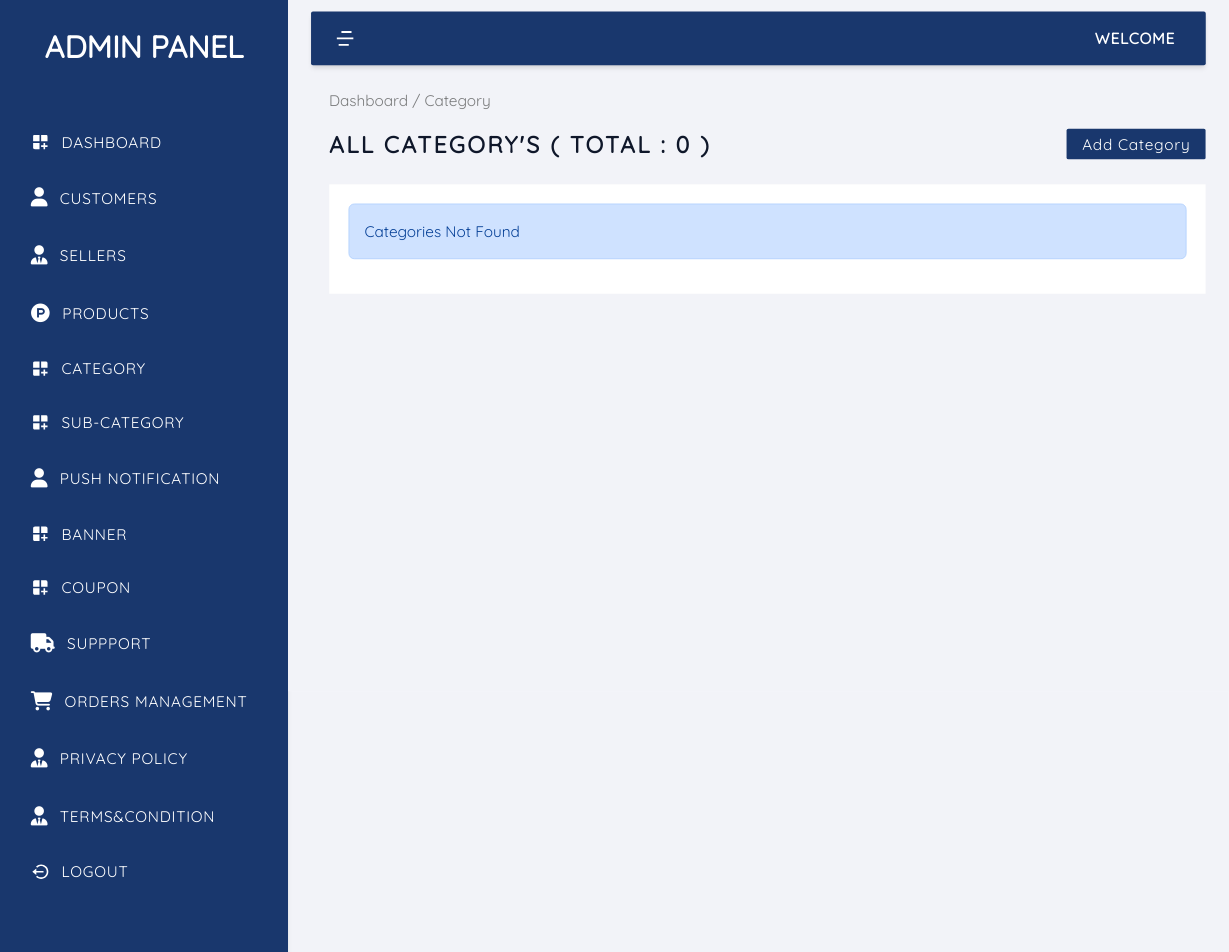
Repository: shishpal2000/admin.aschpro
Page: /Category
These files come from the project's save history. The page is drawn as it stood at one moment and after a run of saves; the edit follows.
The browser window is 1280 px wide. The pictures show the whole page, at 96% of full size.
Pictures or frames that could not be fetched are drawn as grey boxes. Some web libraries are served in a nearby version. The project was rebuilt for these pictures with package versions that can differ from the ones it lists, and the page was loaded fresh each time. Also part of the build but not shown: src/E-CommerceAdmin/forms/Login.jsx, src/E-CommerceAdmin/pages/Dashboard.jsx, src/E-CommerceAdmin/pages/EProduct.js, src/E-CommerceAdmin/pages/EVendorList.js, src/E-CommerceAdmin/pages/EAdminOrders.js, src/E-CommerceAdmin/pages/EAdminDelivery.js, src/E-CommerceAdmin/pages/EAdminCustomer.js, src/E-CommerceAdmin/pages/ESubCategory.js and 6 more. Imported but missing from the stored project, and not drawn on this page: src/E-CommerceAdmin/pages/Complaints, src/E-CommerceAdmin/pages/Component/SpinnerComp, src/E-CommerceAdmin/pages/EAdmin, src/E-CommerceAdmin/pages/EAdminProduct, src/E-CommerceAdmin/pages/ESingleProduct, src/E-CommerceAdmin/pages/GetMeThis, src/E-CommerceAdmin/pages/HelpSupport.

Above is the page before, as saved 2023-06-28 16:27:36.

### public/index.html
<!-- @format -->

<!DOCTYPE html>
<html lang="en">
  <head>
    <meta charset="utf-8" />
    <meta name="viewport" content="width=device-width, initial-scale=1" />
    <meta name="theme-color" content="#000000" />
    <meta
      name="description"
      content="Web site created using create-react-app"
    />
    <link rel="icon" href="%PUBLIC_URL%/favicon.png" />
    <link rel="manifest" href="%PUBLIC_URL%/manifest.json" />
    <link rel="preconnect" href="https://fonts.googleapis.com" />
    <link rel="preconnect" href="https://fonts.gstatic.com" crossorigin />
    <link
      href="https://fonts.googleapis.com/css2?family=Roboto+Mono:ital,wght@1,300&display=swap"
      rel="stylesheet"
    />
    <link rel="preconnect" href="https://fonts.googleapis.com">
<link rel="preconnect" href="https://fonts.gstatic.com" crossorigin>
<link href="https://fonts.googleapis.com/css2?family=Quicksand&display=swap" rel="stylesheet">
    <title>Subharambh</title>
  </head>
  <body>
    <noscript>You need to enable JavaScript to run this app.</noscript>
    <div id="root"></div>
    <script src="https://code.jquery.com/jquery-3.6.0.min.js"></script>
    <script
      src="https://kit.fontawesome.com/b533b351e4.js"
      crossorigin="anonymous"
    ></script>
    <script
      type="module"
      src="https://unpkg.com/ionicons@7.1.0/dist/ionicons/ionicons.esm.js"
    ></script>
    <script
      nomodule
      src="https://unpkg.com/ionicons@7.1.0/dist/ionicons/ionicons.js"
    ></script>
  </body>
</html>

### src/E-CommerceAdmin/pages/ECategory.js
/** @format */

import React, { useEffect, useState } from "react";
import HOC from "../layout/HOC";
import {
  Table,
  Modal,
  Form,
  Button,
  FloatingLabel,
  Alert,
} from "react-bootstrap";

const ECategory = () => {
  const [modalShow, setModalShow] = React.useState(false);
  const [edit, setEdit] = useState("");

  const data = []

  // Pagination and Filter
  const [query, setQuery] = useState("");
  const [currentPage2, setCurrentPage2] = useState(1);
  const [postPerPage2] = useState(10);
  const lastPostIndex2 = currentPage2 * postPerPage2;
  const firstPostIndex2 = lastPostIndex2 - postPerPage2;

  let pages2 = [];

  const TotolData = query
    ? data?.filter(
        (i) =>
          i?.name?.toLowerCase().includes(query?.toLowerCase()) ||
          i?.email?.toLowerCase().includes(query?.toLowerCase())
      )
    : data;

  useEffect(() => {
    if (query) {
      setCurrentPage2(1);
    }
  }, [query]);

  const slicedData = TotolData?.slice(firstPostIndex2, lastPostIndex2);

  for (let i = 1; i <= Math.ceil(TotolData?.length / postPerPage2); i++) {
    pages2.push(i);
  }

  function Next() {
    setCurrentPage2(currentPage2 + 1);
  }

  function Prev() {
    if (currentPage2 !== 1) {
      setCurrentPage2(currentPage2 - 1);
    }
  }



  function MyVerticallyCenteredModal(props) {


    return (
      <Modal
        {...props}
        size="lg"
        aria-labelledby="contained-modal-title-vcenter"
        centered
      >
        <Modal.Header closeButton>
          <Modal.Title id="contained-modal-title-vcenter">
            {" "}
            {edit ? "Edit Category" : " Add Category"}
          </Modal.Title>
        </Modal.Header>
        <Modal.Body>

            <Form >
              <Form.Group className="mb-3">
                <Form.Label>Image</Form.Label>
                <Form.Control
                  type="file"
                  required

                />
              </Form.Group>
              <Form.Group className="mb-3">
                <Form.Label>Name</Form.Label>
                <Form.Control
                  type="text"
                  required

                />
              </Form.Group>

              <FloatingLabel
                controlId="floatingTextarea2"
                label="Description"
                className="mb-3"
              >
                <Form.Control
                  as="textarea"

                />
              </FloatingLabel>

              <Button
                style={{ backgroundColor: "#19376d", borderRadius: "0" }}
                type="submit"
              >
                Submit
              </Button>
            </Form>

        </Modal.Body>
      </Modal>
    );
  }

  return (
    <>
      <MyVerticallyCenteredModal
        show={modalShow}
        onHide={() => setModalShow(false)}
      />

      <section>
        <p className="headP">Dashboard / Category</p>
        <div
          className="pb-4   w-full flex justify-between items-center"
          style={{ width: "98%", marginLeft: "2%" }}
        >
          <span
            className="tracking-widest text-slate-900 font-semibold uppercase"
            style={{ fontSize: "1.5rem" }}
          >
            All Category's ( Total : {data?.length} )
          </span>
          <button
            onClick={() => {
              setEdit(false);
              setModalShow(true);
            }}
            className="md:py-2 px-3 md:px-4 py-1 rounded-sm bg-[#19376d] text-white tracking-wider"
          >
            Add Category
          </button>
        </div>

        <section className="sectionCont">
          {data?.length === 0 || !data ? (
            <Alert>Categories Not Found</Alert>
          ) : (
            <>
              <div className="filterBox">
                <img
                  src="https://t4.ftcdn.net/jpg/01/41/97/61/360_F_141976137_kQrdYIvfn3e0RT1EWbZOmQciOKLMgCwG.jpg"
                  alt=""
                />
                <input
                  type="search"
                  placeholder="Start typing to search"
                  onChange={(e) => setQuery(e.target.value)}
                />
              </div>

              <div className="overFlowCont">
                <Table>
                  <thead>
                    <tr>
                      <th>SNo.</th>
                      <th>Name</th>
                      <th>Description</th>
                      <th>Added By</th>
                      <th>Actions</th>
                    </tr>
                  </thead>
                  <tbody>
                    {slicedData?.map((i, index) => (
                      <tr key={index}>
                        <td>#{index + 1} </td>
                        <td>
                          <span className="flexCont">
                            <img src={i.image} alt="" />
                            <p> {i.name} </p>
                          </span>
                        </td>
                        <td>{i.description} </td>
                        <td>{i.userId?.name} </td>
                        <td>
                          {" "}
                          <span className="flexCont">
                            <i
                              className="fa-solid fa-pen-to-square "
                              onClick={() => {
                                setEdit(true);

                                setModalShow(true);
                              }}
                            ></i>
                            <i
                              className="fa-sharp fa-solid fa-trash"
                            ></i>
                          </span>
                        </td>
                      </tr>
                    ))}
                  </tbody>
                </Table>
                {/* Pagination */}
                <div className="pagination">
                  <button onClick={() => Prev()} className="prevBtn">
                    <i className="fa-solid fa-backward"></i>
                  </button>
                  {currentPage2 === 1 ? (
                    ""
                  ) : (
                    <button onClick={() => setCurrentPage2(1)}>1</button>
                  )}

                  {pages2
                    ?.slice(currentPage2 - 1, currentPage2 + 3)
                    .map((i, index) =>
                      i === pages2?.length ? (
                        ""
                      ) : (
                        <button
                          key={index}
                          onClick={() => setCurrentPage2(i)}
                          className={currentPage2 === i ? "activePage" : ""}
                        >
                          {" "}
                          {i}{" "}
                        </button>
                      )
                    )}

                  <button
                    onClick={() => setCurrentPage2(pages2?.length)}
                    className={
                      currentPage2 === pages2?.length ? "activePage" : ""
                    }
                  >
                    {" "}
                    {pages2?.length}{" "}
                  </button>

                  {currentPage2 === pages2?.length ? (
                    ""
                  ) : (
                    <button onClick={() => Next()} className="nextBtn">
                      {" "}
                      <i className="fa-sharp fa-solid fa-forward"></i>
                    </button>
                  )}
                </div>
              </div>
            </>
          )}
        </section>
      </section>
    </>
  );
};

  export default HOC(ECategory);

### src/E-CommerceAdmin/layout/HOC.jsx
/** @format */

import React, { useState } from "react";
import Navbar from "./Navbar";
import Sidebar from "./Sidebar";

const HOC = (Wcomponenet) => {
  return function Component() {
    const [hamb, setHamb] = useState(false);
    return (
      <>
        <section
          className="flex overflow-x-hidden relative "
          style={{ backgroundColor: "#f2f3f8" }}
        >
          {/* Sidebar */}
          <div
            className={
              hamb
                ? " absolute top-0 z-30 md:w-auto shadow-md bg-slate-200  w-60 transition-all md:-left-full left duration-150  h-auto overflow-y-auto  left-0 "
                : " md:w-72 z-30 bg-slate-200  shadow-md  md:static absolute top-0 -left-full   transition-all duration-150  overflow-y-auto h-auto"
            }
            style={{ minWidth: "300px" }}
          >
            <Sidebar hamb={hamb} setHamb={setHamb} />
          </div>
          {/* Components & Navbar */}
          <div
            className={
              hamb
                ? " transition-all px-4 py-2  duration-150 w-full h-screen"
                : " w-full h-screen  px-4 py-2   z-50 transition-all duration-150 "
            }
            style={{ backgroundColor: "#f2f3f8" }}
          >
            <Navbar hamb={hamb} setHamb={setHamb} />
            <div className="my-6 text-#000 h-[87%] wcomp overflow-y-auto">
              {" "}
              <Wcomponenet />
            </div>
          </div>
        </section>
      </>
    );
  };
};

export default HOC;

### src/E-CommerceAdmin/layout/Navbar.jsx
/** @format */

import { RiMenu4Line } from "react-icons/ri";

const Navbar = ({ hamb, setHamb }) => {
  const AdminName = localStorage.getItem("AdminName")
  return (
    <>
      <div
        className={
          hamb
            ? "flex  w-full justify-between  my-1 rounded-sm  p-4 py-3 shadow-md items-center  bg-slate-200 space-x-4"
            : "flex  w-full justify-between my-1 rounded-sm  p-4 py-3 shadow-md items-center  bg-slate-200 space-x-4"
        }
        style={{ backgroundColor: "#19376d" }}
      >
        <RiMenu4Line
          onClick={() => setHamb(!hamb)}
          className="text-2xl font-bold text-gray-900 hover:scale-90 cursor-pointer"
          style={{ color: "#fff" }}
        />

        <section className="flex sm:ml-auto justify-end sm:w-full items-center space-x-2  pr-2">
          <figcaption className="tracking-wider pl-1 font-semibold">
            <div
              className="lg:text-base text-sm text-gray-900  uppercase"
              style={{ color: "#fff" }}
            >
              Welcome {AdminName}
            </div>
          </figcaption>
        </section>
      </div>
    </>
  );
};

export default Navbar;

### src/E-CommerceAdmin/layout/Sidebar.jsx
/** @format */

import React from "react";
import { RiCloseLine } from "react-icons/ri";
import { Link, useNavigate } from "react-router-dom";
import { BiLogOutCircle } from "react-icons/bi";
import { MdDashboardCustomize } from "react-icons/md";

const Sidebar = ({ hamb, setHamb }) => {
  const navigate = useNavigate();

  const nav = [
    {
      icon: <MdDashboardCustomize className="text-xl mr-3 rounded-full " />,
      link: "/dashboard ",
      name: "Dashboard",
    },

    {
      icon: (
        <i className="fa-solid fa-user text-xl mr-3 rounded-full"></i>
      ),
      link: "/Customer",
      name: "Customers",
    },
    {
      icon: <i className="fa-solid fa-user-tie text-xl mr-3 rounded-full"></i>,
      link: "/VendorList",
      name: "Sellers",
    },
    {
      icon: (
    <i className="fa-brands fa-product-hunt text-xl mr-3 rounded-full"></i>
      ),
      link: "/Product",
      name: "Products",
    },
    {
      icon: <MdDashboardCustomize className="text-xl mr-3 rounded-full " />,
      link: "/Category",
      name: "Category",
    },

    {
      icon: <MdDashboardCustomize className="text-xl mr-3 rounded-full " />,
      link: "/SubCategory",
      name: "Sub-Category",
    },
    {
      icon: <i className="fa-solid fa-user text-xl mr-3 rounded-full"></i>,
      link: "/pushNotification",
      name: "Push Notification",
    },

    {
      icon: <MdDashboardCustomize className="text-xl mr-3 rounded-full " />,
      link: "/banner",
      name: "Banner",
    },
    {
      icon: <MdDashboardCustomize className="text-xl mr-3 rounded-full " />,
      link: "/coupon",
      name: "Coupon",
    },

    {
      icon: <i className="fa-solid fa-truck  text-xl mr-3 rounded-full"></i>,
      link: "/Support",
      name: "Suppport",
    },
    {
      icon: (
        <i className="fa-solid fa-cart-shopping text-xl mr-3 rounded-full"></i>
      ),
      link: "/Orders",
      name: "Orders Management",
    },

    {
      icon: <i className="fa-solid fa-user-tie text-xl mr-3 rounded-full"></i>,
      link: "/privacy",
      name: "Privacy Policy",
    },
    {
      icon: <i className="fa-solid fa-user-tie text-xl mr-3 rounded-full"></i>,
      link: "/terms",
      name: "Terms&Condition",
    }
  ];

  const logOut = () => {
    localStorage.clear()
    navigate("/");
  };

  return (
    <>
      <aside
        className="p-4 h-auto"
        style={{ backgroundColor: "#19376d", minHeight: "100vh" }}
      >
        {/* Top */}
        <div className="w-full md:hidden relative  p-2 mb-4">
          <RiCloseLine
            onClick={() => setHamb(!hamb)}
            className="text-3xl  absolute top-2 sm:hover:rotate-[228deg] transition-transform font-bold right-2 sm:hover:text-[22px] text-[rgb(241,146,46)] cursor-pointer"
          />
        </div>{" "}
        <figure className="flex  flex-col items-center">
          <span
            className="font-bold text-[#fff]"
            style={{
              fontSize: "2rem",
              textAlign: "center",
              textTransform: "uppercase",
            }}
          >
            {" "}
            ADMIN PANEL
          </span>
        </figure>
        <nav className="py-6">
          {nav.map((nav) => {
            return (
              <Link
                to={nav.link}
                key={nav.name}
                className=""
                style={{ textDecoration: "none", textTransform: "uppercase" }}
              >
                <span
                  className="flex my-3 items-center cursor-pointer text-gray-900    tracking-wider p-2 rounded-sm"
                  style={{ color: "#FFF" }}
                >
                  {nav.icon} {nav.name}
                </span>
              </Link>
            );
          })}
          <span
            className="flex my-3 items-center cursor-pointer text-gray-900    tracking-wider p-2 rounded-sm"
            onClick={() => logOut()}
            style={{ color: "#FFF", textTransform: "uppercase" }}
          >
            <BiLogOutCircle className="text-xl mr-3 rounded-full " /> LogOut
          </span>
        </nav>
      </aside>
    </>
  );
};

export default Sidebar;

Loaded but not shown: tailwind.config.js (common file); src/App.js (70 lines, source omitted); src/index.js (15 lines, source omitted); src/index.css (533 lines, source omitted)

After the next 2 saves:
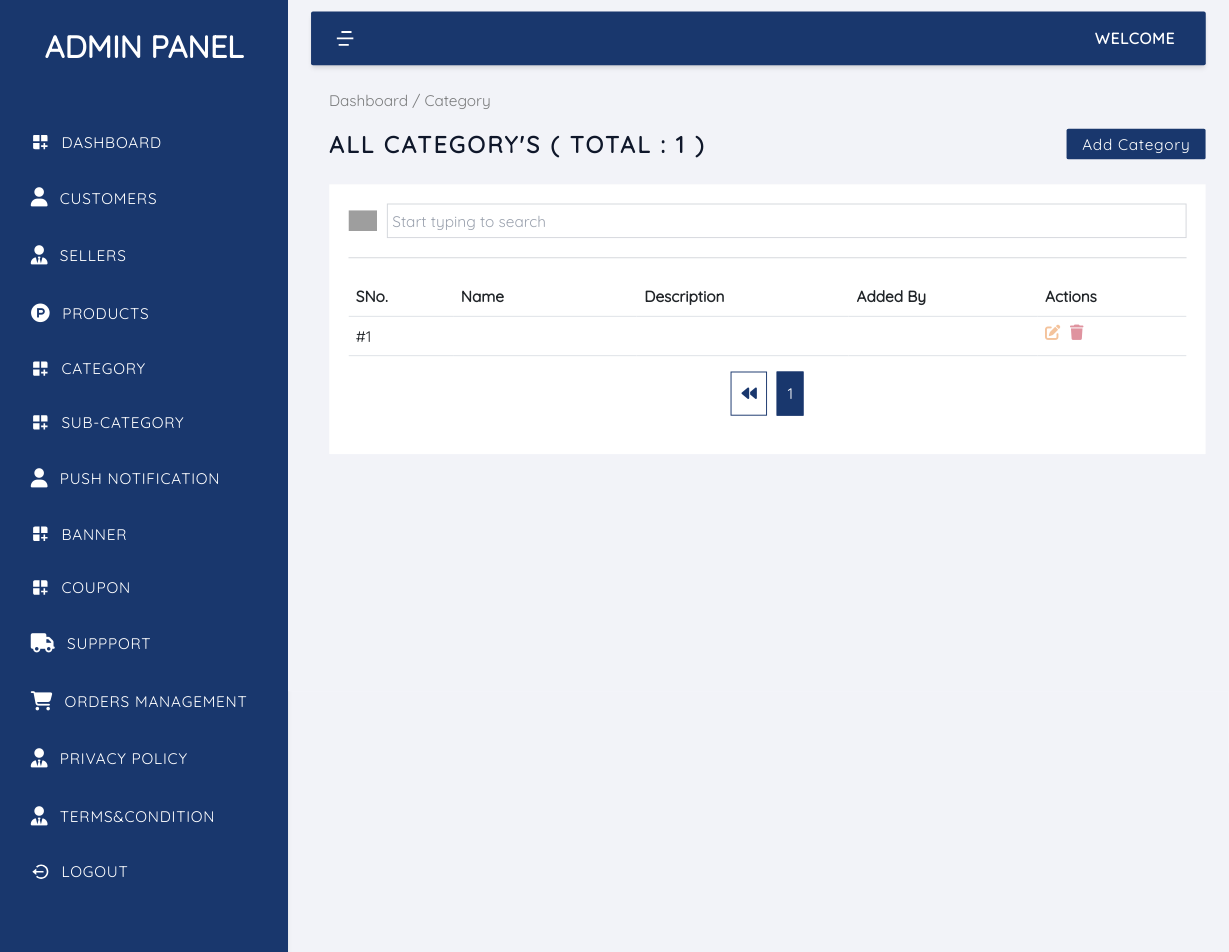
The 2 saves are shown as one change because they came seconds apart.
The last was saved 6 s later.
--- a/src/E-CommerceAdmin/pages/ECategory.js
+++ b/src/E-CommerceAdmin/pages/ECategory.js
@@ -15,7 +15,11 @@ const ECategory = () => {
   const [modalShow, setModalShow] = React.useState(false);
   const [edit, setEdit] = useState("");
 
-  const data = []
+  const data = [
+    {
+      img : ""
+    }
+  ]
 
   // Pagination and Filter
   const [query, setQuery] = useState("");
